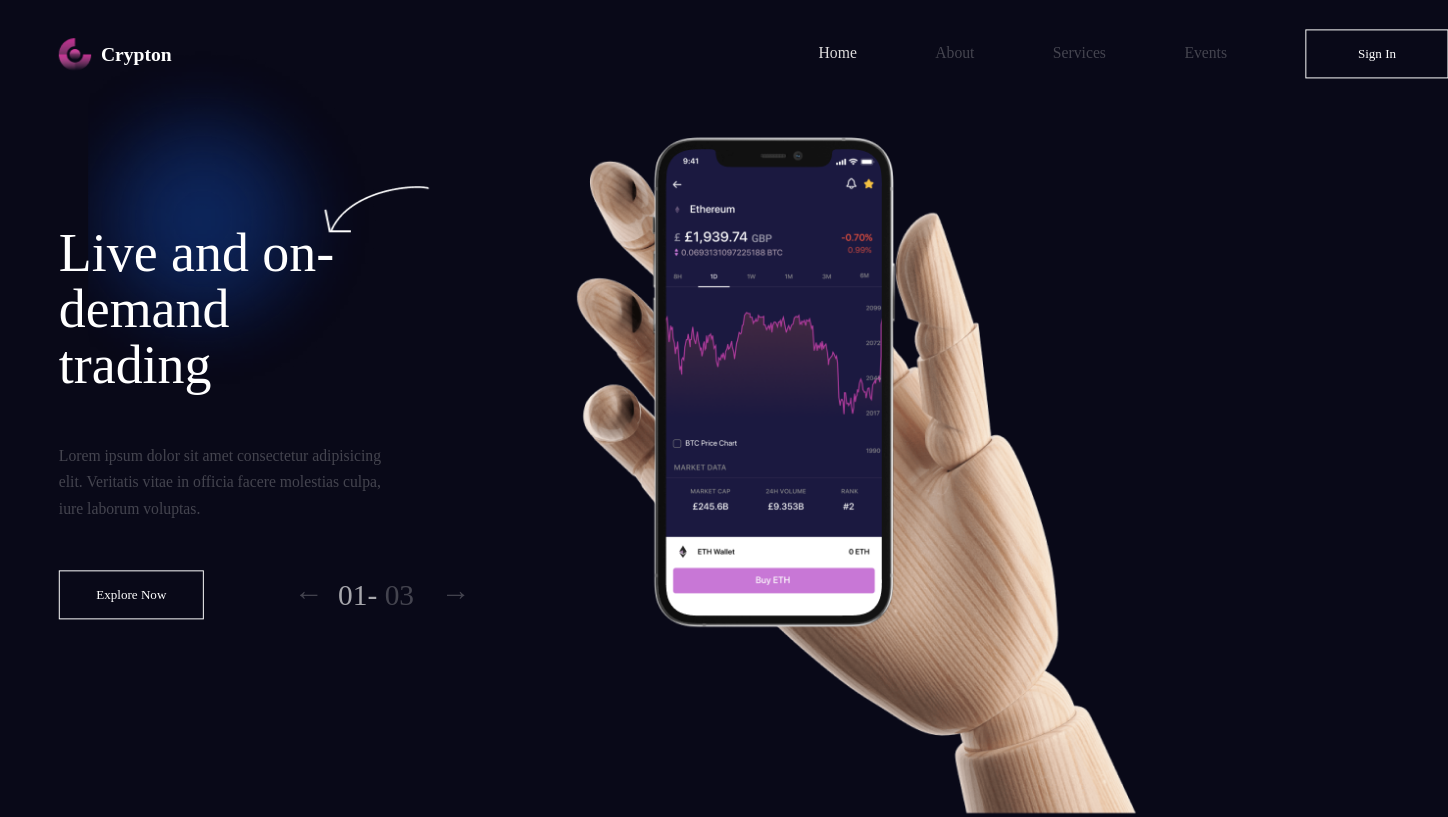
Repository: isaacCodes1/Crypton-Website
Page: index.html
The author's editor kept a copy of each file at every save. The page is drawn from the files as they stood at one save, then again after the next save.
The browser window is 1280 px wide. The page is 1478 px wide, so the pictures cover 1478 px, including what lies to the right of the window. The pictures show the whole page, at 98% of full size.

Above is the page before, as saved 2024-05-14 20:52:50.

### index.html
<!DOCTYPE html>
<html lang="en">
  <head>
    <meta charset="UTF-8" />
    <meta name="viewport" content="width=device-width, initial-scale=1.0" />
    <link rel="stylesheet" href="style.css" />
    <title>Crypton HomePage</title>
  </head>
  <body>
    <header>
      <nav>
        <div class="headerGen">
          <div class="logo">
            <img class="logoImage" src="/Assets/Group 605.png" alt="" />
            <p class="logoText">Crypton</p>
            <ul>
              <li>Home</li>
              <li style="color: #d6d5d54a">About</li>
              <li style="color: #d6d5d54a">Services</li>
              <li style="color: #d6d5d54a">Events</li>
              <button class="sign">Sign In</button>
            </ul>
          </div>
        </div>
      </nav>
    </header>
    <section>
      <div class="firstSectionGeneral">
        <div class="liveTexts">
          <h1 class="liveText"><span><img class="shadow" src="/Assets/shadow.png" alt=""></span><span><img class="arrow" src="/Assets/Arrow_03.png" alt=""></span>Live and on-demand trading</h1>
          <p class="lorem">
            Lorem ipsum dolor sit amet consectetur adipisicing elit. Veritatis
            vitae in officia facere molestias culpa, iure laborum voluptas.
          </p>
          <button class="explore">Explore Now</button>
          <span class="rArrow">&#8592;</span>
          <p class="innerP">01- <span class="theBrownNumber">03</span></p>
          <span class="lArrow">&#8594;</span>
        </div>
      </div>
    </section>
    <section>
      <div class="handDiv">
        <div class="woodenHand">
          <img class="wood" src="/Assets/iPhone 12 Pro (Wooden Hands).png
          " alt="">
          <img src="/Assets/Hand.png" alt="">
        </div>
      </div>
    </section>
  </body>
</html>

### style.css
    * {
    margin: 0;
    padding: 0;
    box-sizing: border-box;
    font-family: "poppins";
    }
body{
    background-color: rgb(9, 9, 24);
}
/* NavBar */
.logo {
    display: flex;
    align-items: center;
    gap: 10px;
    padding-top: 30px;
    margin-left: 60px;
    margin-bottom: 150px;
    cursor: pointer;
}
.logoText{
    font-size: 20px;
    color: #fff;
    margin-right: 650px;
    font-weight: 600;
}
.logo ul{
    display: flex;
    color: #dedcdc;
    list-style: none;
    gap: 80px;
    display: flex;
    align-items: center;
    cursor: pointer;
}
    .logo ul li {
        list-style: none;
        display: inline-block;
        /* padding: 8px 12px; */
        position: relative;
    }
    .logo ul li::after {
        content: "";
        width: 0%;
        height: 2px;
        background: #fff;
        display: block;
        margin: auto;
        transition: 0.5s;
    }
    .logo ul li:hover::after {
        width: 70%;
    }

.sign{
    width: 146px;
    height: 50px;
    border: 1px solid #fff;
    background: transparent;
    color: #fff;
    cursor: pointer;
}
/* Landing Page */
.liveTexts{
    /* display: flex; */
}
.liveText{
    display: flex;
    flex-direction: column;
    font-size: 55px;
    width: 340px;
    line-height: 57px;
    color: #fff;
    margin-left: 60px;
    font-weight: normal;
    margin-bottom: 50px;
}
.shadow{
    width: 25%;
    position: absolute;
    top: 20px;
    left: 90px;
    z-index: -1;
}
.lorem{
    color: #d6d5d54a;
    width: 27%;
    margin-left: 60px;
    line-height: 27px;
    margin-bottom: 50px;
}
.explore{
    margin-left: 60px;
    width: 148px;
    height: 50px;
    background: transparent;
    color: #fff;
    border: 1px solid #fff;
}
.arrow{
    position: absolute;
    top: 120px;
    left: 290px;
}
.rArrow{
    position: absolute;
    font-size: 30px;
    top: 585px;
    left: 300px;
    margin-right: 200px;
    color: #d6d5d54a;
    display: flex;
    align-items: center;
}
.lArrow{
    position: absolute;
    font-size: 30px;
    top: 585px;
    left: 450px;
    color: #d6d5d54a;
    display: flex;
    align-items: center;
}
.innerP{
    position: absolute;
    left: 345px;
    top: 590px;
    color: #ffffffa4;
    font-size: 30px;
}
.theBrownNumber{
    color: #d6d5d54a;
}
/* Wooden Hand Image */
.handDiv{
    display: flex;
    position: absolute;
    top: 150px;
    right: 120px;
}
.wood{
    position: absolute;
    right: 246px;
    top: -10px;
}

After the next save:
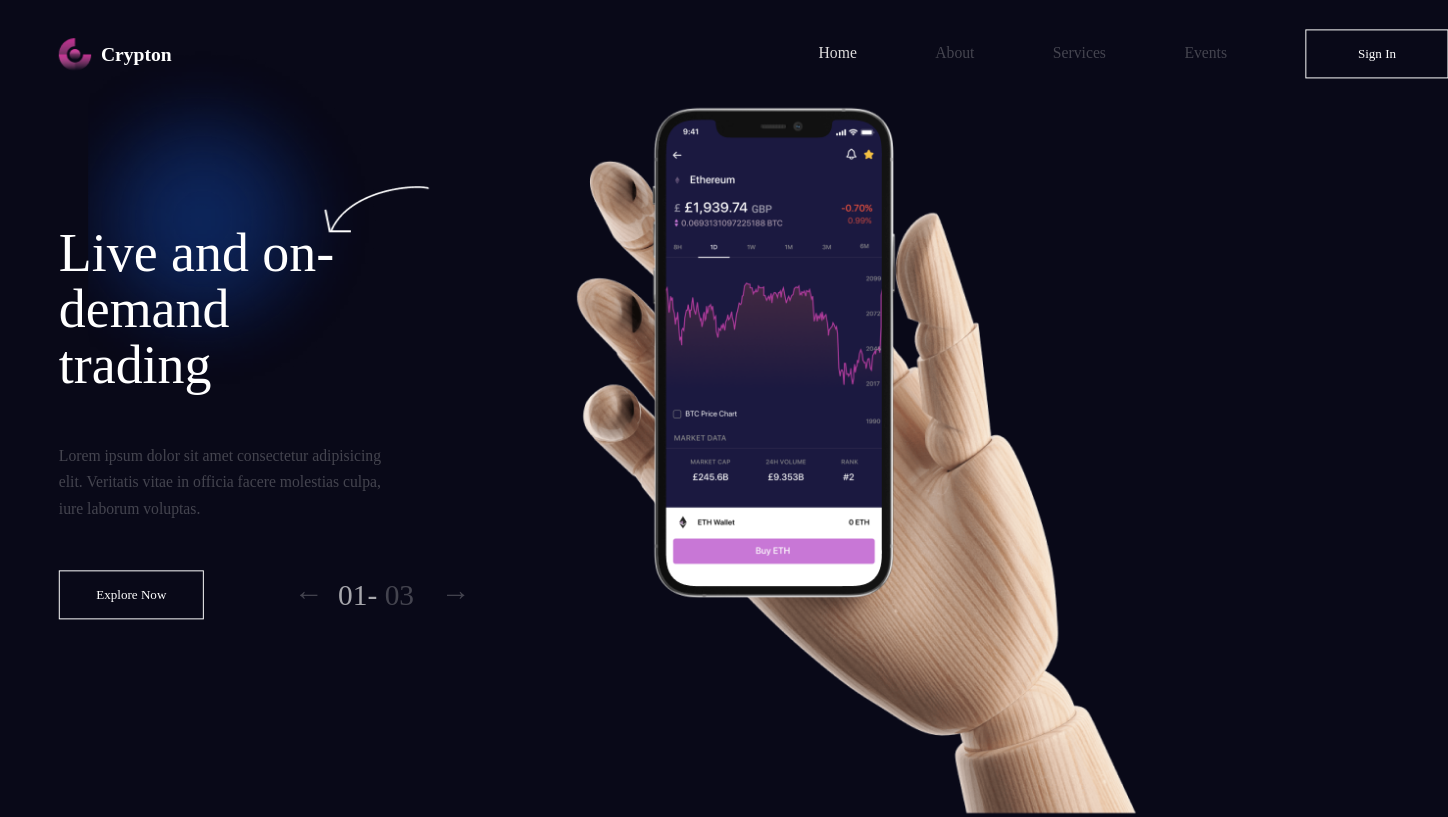
Saved 15 s later.
--- a/style.css
+++ b/style.css
@@ -140,5 +140,5 @@ body{
 .wood{
     position: absolute;
     right: 246px;
-    top: -10px;
+    top: -40px;
 }
